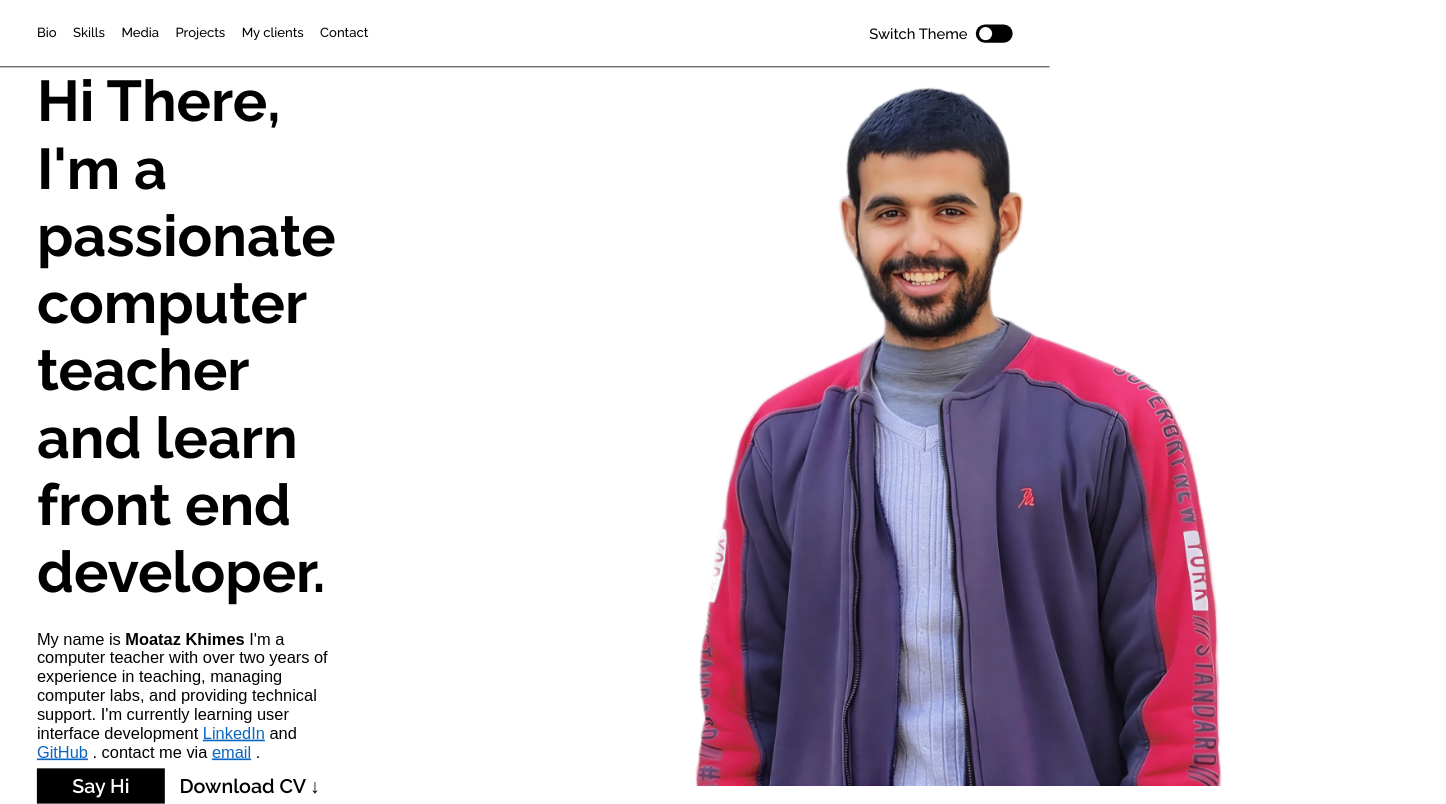
Repository: moataz305G/Personal-website
Page: index.html
These files come from the project's save history. The page is drawn as it stood at one moment and after the next save; the edit follows.
The browser window is 1280 px wide. The page is 1763 px wide, so the pictures cover 1763 px, including what lies to the right of the window. The pictures show the whole page, at 82% of full size.

Above is the page before, as saved 2025-12-13 10:12:41.

After the next save:
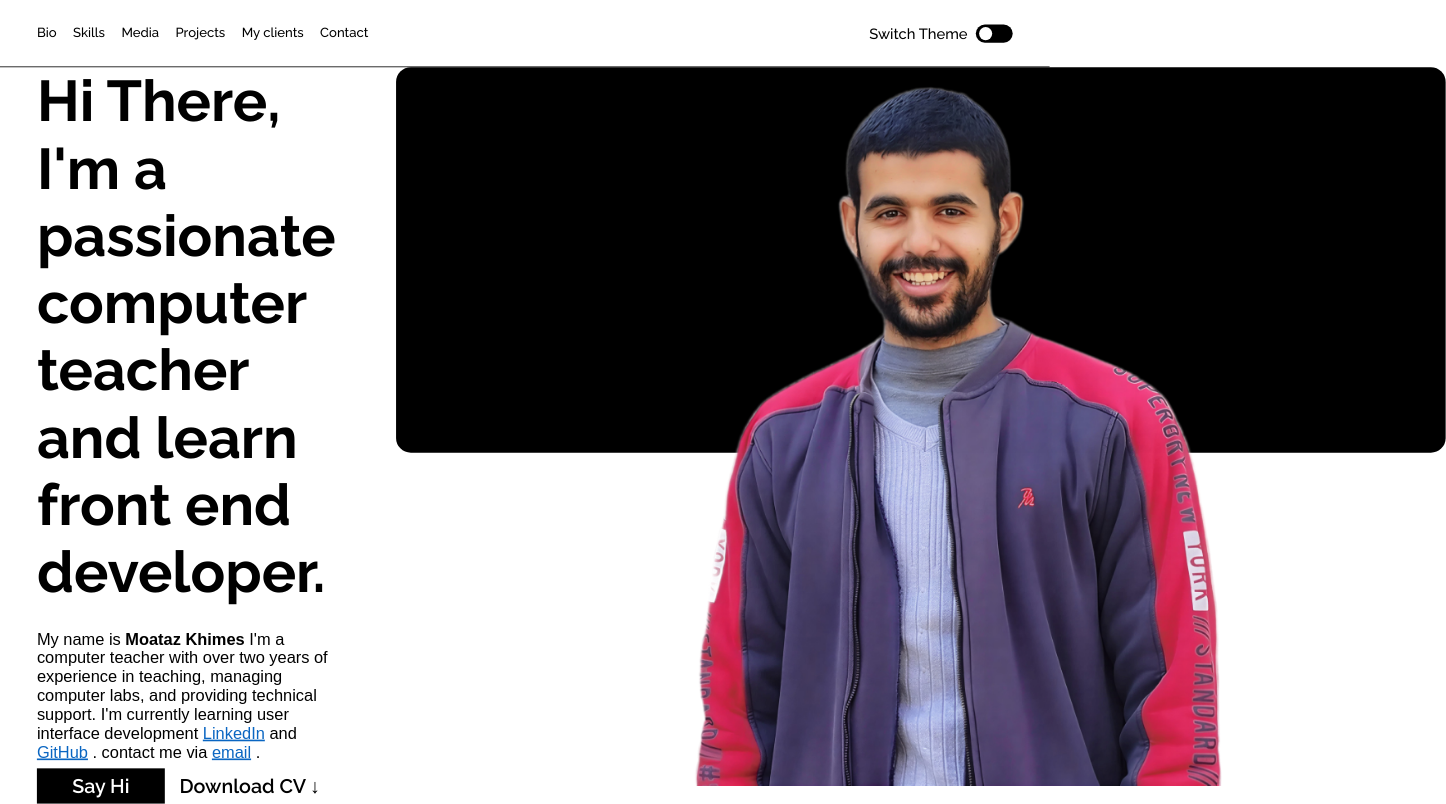
Saved 74 s later.
--- a/Style.css
+++ b/Style.css
@@ -243,5 +243,7 @@ header {
   position: absolute;
   background-color: var(--color-box-img);
   width: 100%;
-  height: ;
-}
+  height: 47rem;
+  border-radius: 1.8rem;
+  z-index: -1;
+}
